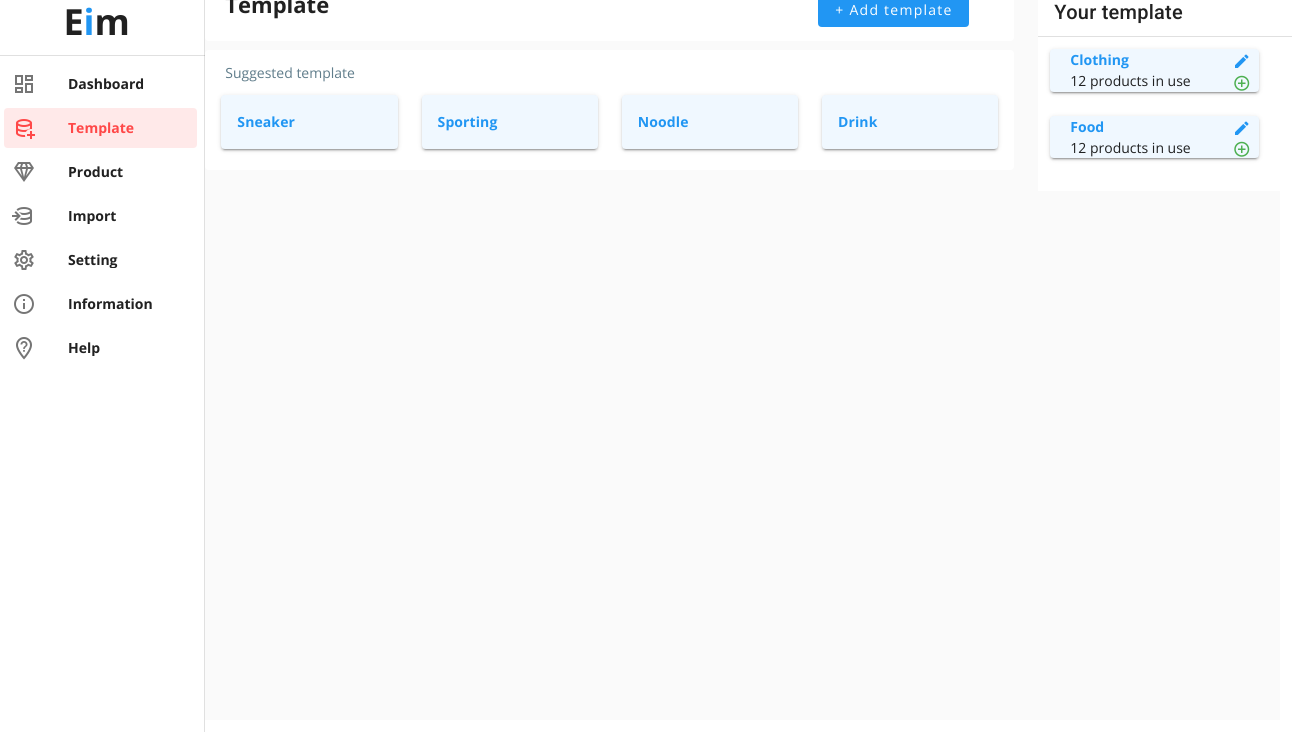
Repository: nguyenphuong152/pim-template
Page: /template
An editor plug-in stored every save of this project. The page is shown before and after the next save, followed by the edit.
The browser window is 1280 px wide. The page is 1304 px wide, so the pictures cover 1304 px, including what lies to the right of the window. The pictures show the whole page.
The project was rebuilt for these pictures with package versions that can differ from the ones it lists, and the page was loaded fresh each time. Also part of the build but not shown: vue.config.js, src/views/Home.vue, src/components/Outcome_1/ListComponent.vue, src/components/Outcome_1/AddInfo.vue, src/components/Outcome_1/AddDetail.vue, src/components/Outcome_1/ListComponentProgressive.vue, src/components/Outcome_1/CreateRegion.vue, src/components/Outcome_1/SneakerTemplate.vue and 18 more.

Above is the page before, as saved 2021-01-18 22:49:00.

After the next save:
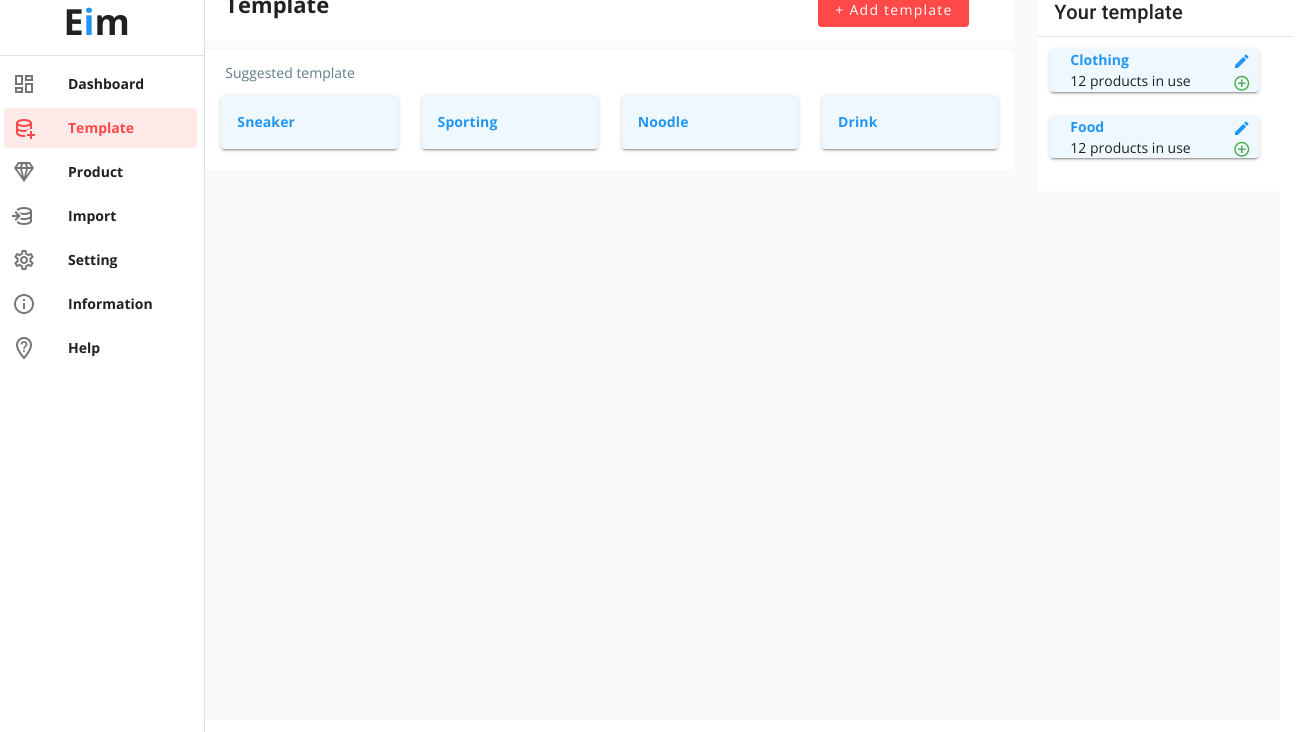
Saved 45 s later.
--- a/src/components/Outcome_1/SearchTemplate.vue
+++ b/src/components/Outcome_1/SearchTemplate.vue
@@ -5,7 +5,7 @@
       <v-col class="px-0 hidden-xs-only">
         <v-btn
           depressed
-          color="blue"
+          color="#FF4848"
           class="white--text text-none font-weight-medium"
           @click="showAddTemplate()"
         >
